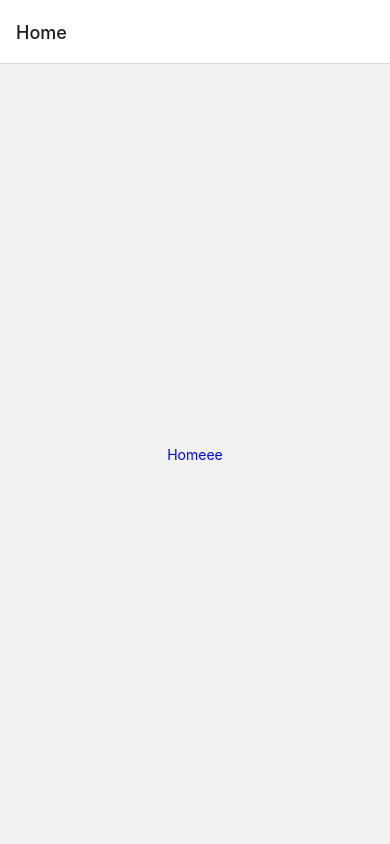
Repository: andre06x/cart_redux-ReactNative
Screen: /
An editor plug-in stored every save of this project. The screen is shown before and after the next save, followed by the edit.
The app was drawn by React Native's web renderer in a window 390 px wide. The project was rebuilt for these pictures with package versions that can differ from the ones it lists, and the page was loaded fresh each time. Also part of the build but not shown: src/pages/Cart/index.js.

Above is the screen before, as saved 2022-06-03 14:00:51.

### App.js
import { StatusBar } from 'expo-status-bar';
import { StyleSheet, Text, View } from 'react-native';
import { SafeAreaView } from "react-native-safe-area-context";
import { Header } from "./src/components/Header";
import { Routes } from "./src/routes";

export default function App() {
  return (
    <>
      <StatusBar style="light" backgroundColor="#191920"/>
      {/* <Header /> */}
      <Routes />
      </>
  );
}

const styles = StyleSheet.create({
  container: {
    flex: 1,
    // backgroundColor: '#191920',
    alignItems: 'center',
  },
});

### src/routes.js
import * as React from 'react';
import { View, Text } from 'react-native';
import { NavigationContainer } from '@react-navigation/native';
import { createNativeStackNavigator } from '@react-navigation/native-stack';
import { Home } from "./pages/Home";
import { Cart } from "./pages/Cart";

const Stack = createNativeStackNavigator();

const Routes = () => {
  return (
    <NavigationContainer>
      <Stack.Navigator initialRouteName="Home">
        <Stack.Screen name="Home" component={Home} />
        <Stack.Screen name="Cart" component={Cart} />
      </Stack.Navigator>
    </NavigationContainer>
  )
}

export { Routes }

### src/pages/Home/index.js
import { StatusBar } from 'expo-status-bar';
import { StyleSheet, Text, View } from 'react-native';

const Home = () => {
  return (
    <View style={{ flex: 1, alignItems: 'center', justifyContent: 'center' }}>
      <Text style={{color: "blue"}}>Homeee</Text>
    </View>
  );
}

export { Home }

### src/components/Header/index.js
import { StatusBar } from 'expo-status-bar';
import { StyleSheet, Text, View } from 'react-native';

const Header = () => {
  return (
    <View>
      <Text style={{color: "red"}}>Header</Text>
    </View>
  );
}

export { Header }

After the next save:
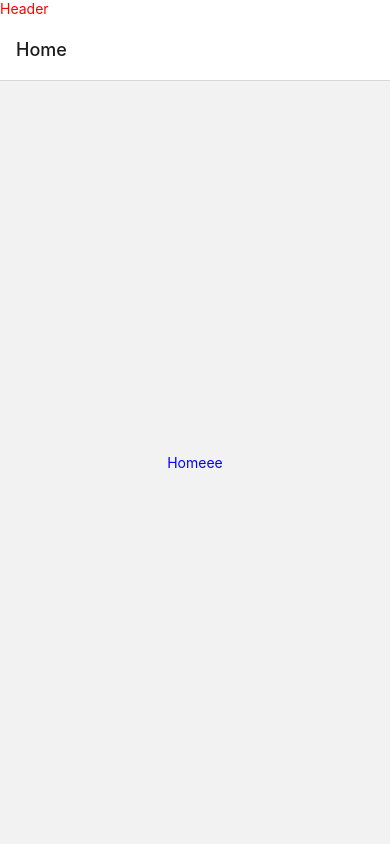
Saved 7 s later.
--- a/App.js
+++ b/App.js
@@ -8,7 +8,7 @@ export default function App() {
   return (
     <>
       <StatusBar style="light" backgroundColor="#191920"/>
-      {/* <Header /> */}
+      <Header />
       <Routes />
       </>
   );
